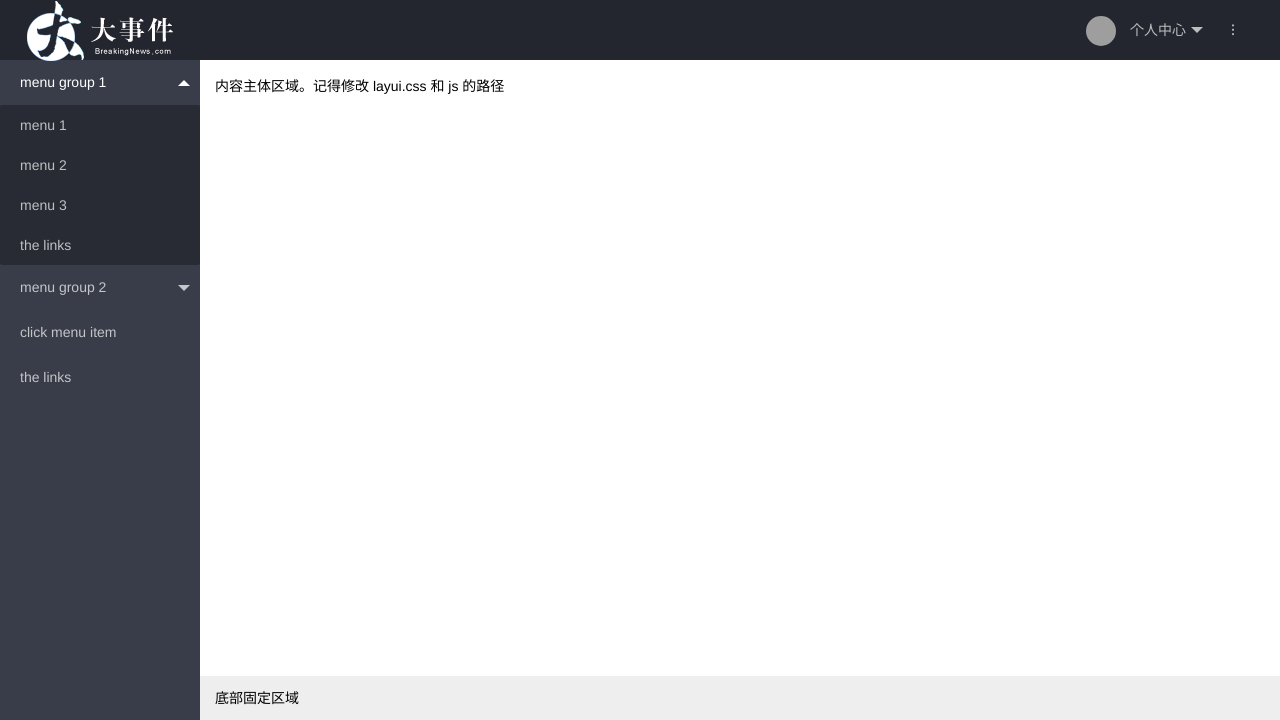
Repository: lithronmatic/web_bigbigevent
Page: index.html
These files come from the project's save history. The page is drawn as it stood at one moment and after the next save; the edit follows.
The browser window is 1280 px wide. The pictures show the whole page.
Pictures or frames that could not be fetched are drawn as grey boxes. The page's requests for data from a server got no answer.

Above is the page before, as saved 2022-09-02 21:31:42.

After the next save:
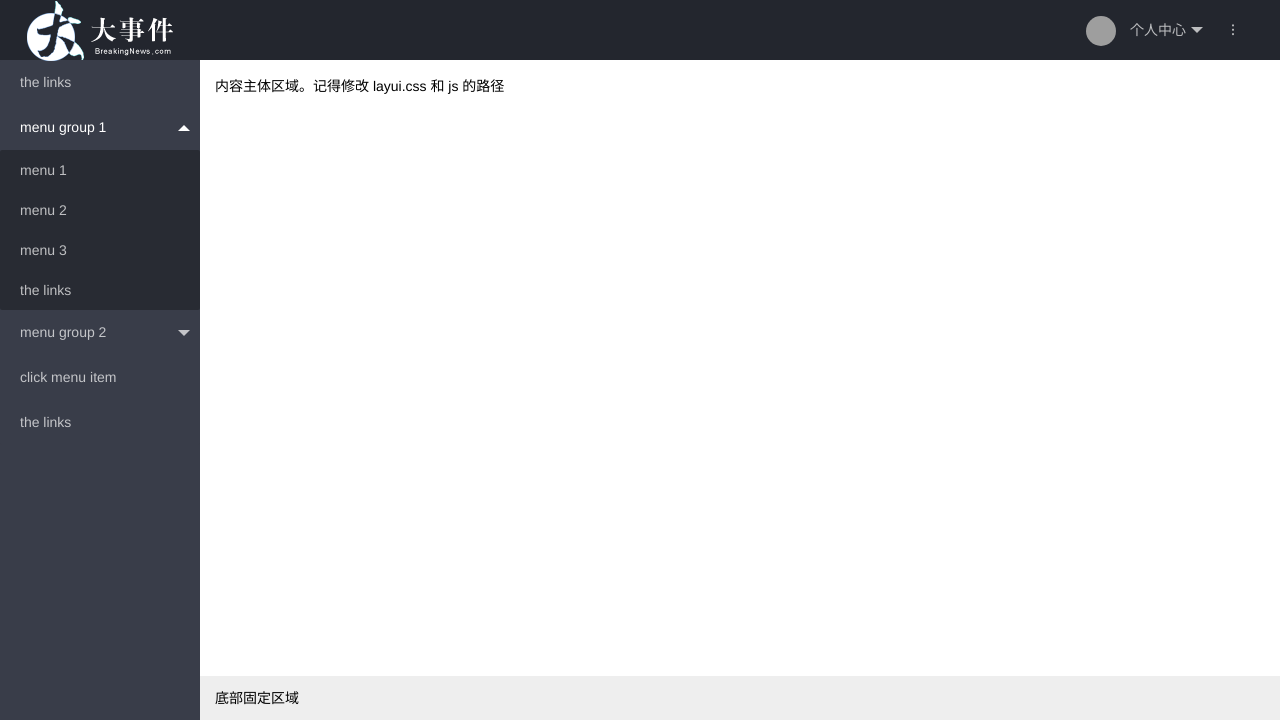
Saved 11 h 14 min later.
--- a/index.html
+++ b/index.html
@@ -41,6 +41,7 @@
             <div class="layui-side-scroll">
                 <!-- 左侧导航区域（可配合layui已有的垂直导航） -->
                 <ul class="layui-nav layui-nav-tree" lay-filter="test">
+                    <li class="layui-nav-item"><a href="">the links</a></li>
                     <li class="layui-nav-item layui-nav-itemed">
                         <a class="" href="javascript:;">menu group 1</a>
                         <dl class="layui-nav-child">
